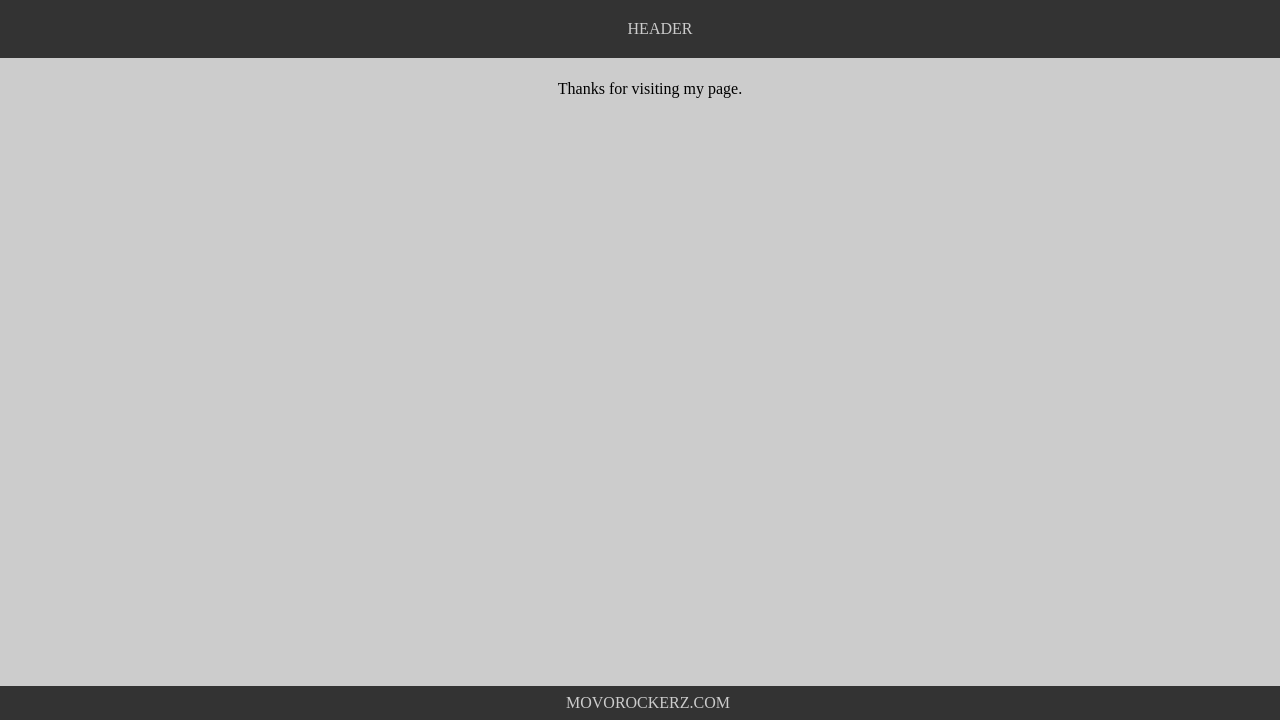
Repository: movitkr/testjava
Page: http://localhost/jsp/
The author's editor kept a copy of each file at every save. The page is drawn from the files as they stood at one save, then again after the next save.
The browser window is 1280 px wide. The pictures show the whole page.
The page is served by Tomcat 9.

Above is the page before, as saved 2016-02-05 07:35:38.

After the next save:
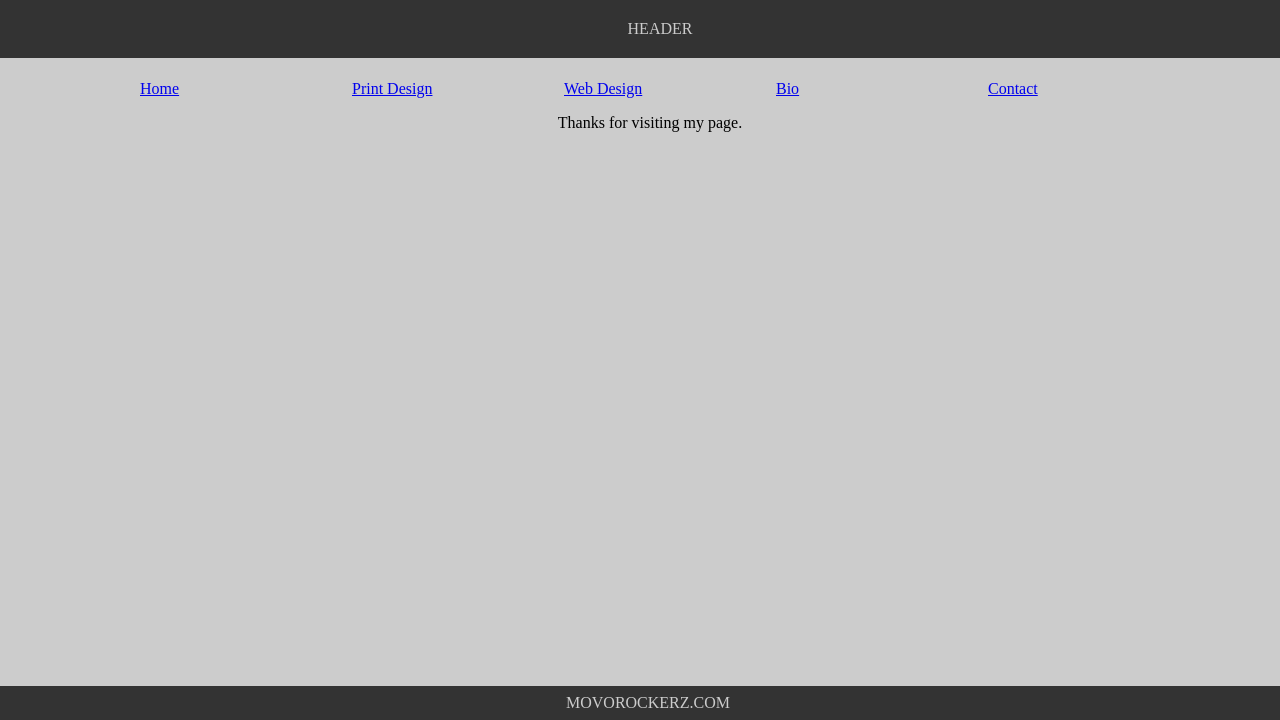
Saved 14 s later.
--- a/jsp/WebContent/nav.jsp
+++ b/jsp/WebContent/nav.jsp
@@ -5,7 +5,23 @@
 <head>
 <link rel="stylesheet" type="text/css" href="a.css">
 </head>
-<body>
-
-</body>
+<nav>
+  <ul>
+    <li>
+       <a href="home.html" target="_parent">Home</a>
+    </li>
+    <li>
+      <a href="#">Print Design</a>
+    </li>
+    <li>
+      <a href="#">Web Design</a>
+    </li>
+    <li>
+      <a href="#">Bio</a>
+    </li>
+    <li>
+      <a href="#">Contact</a>
+    </li>
+  </ul>
+</nav>
 </html>
